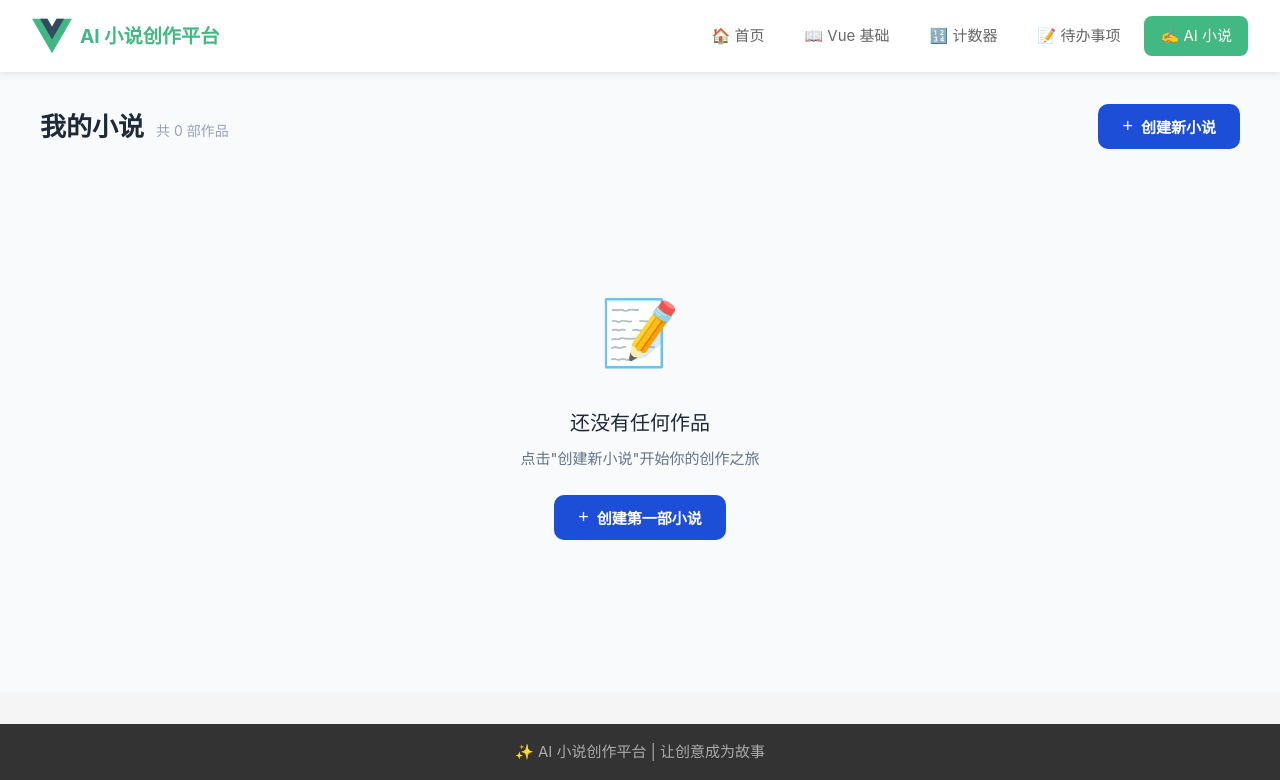
Repository: SergeXie/ai-novel-writer
Page: /novel (app in vue-project/)
These files come from the project's save history. The page is drawn as it stood at one moment and after the next save; the edit follows.
The browser window is 1280 px wide. The pictures show the whole page.
The page's requests for data from a server got no answer. The project was rebuilt for these pictures with package versions that can differ from the ones it lists, and the page was loaded fresh each time. No one was signed in, and anything a server would have sent is missing. Also part of the build but not shown: vue-project/vite.config.ts, vue-project/src/views/HomeView.vue.

Above is the page before, as saved 2026-07-15 16:33:41.

After the next save:
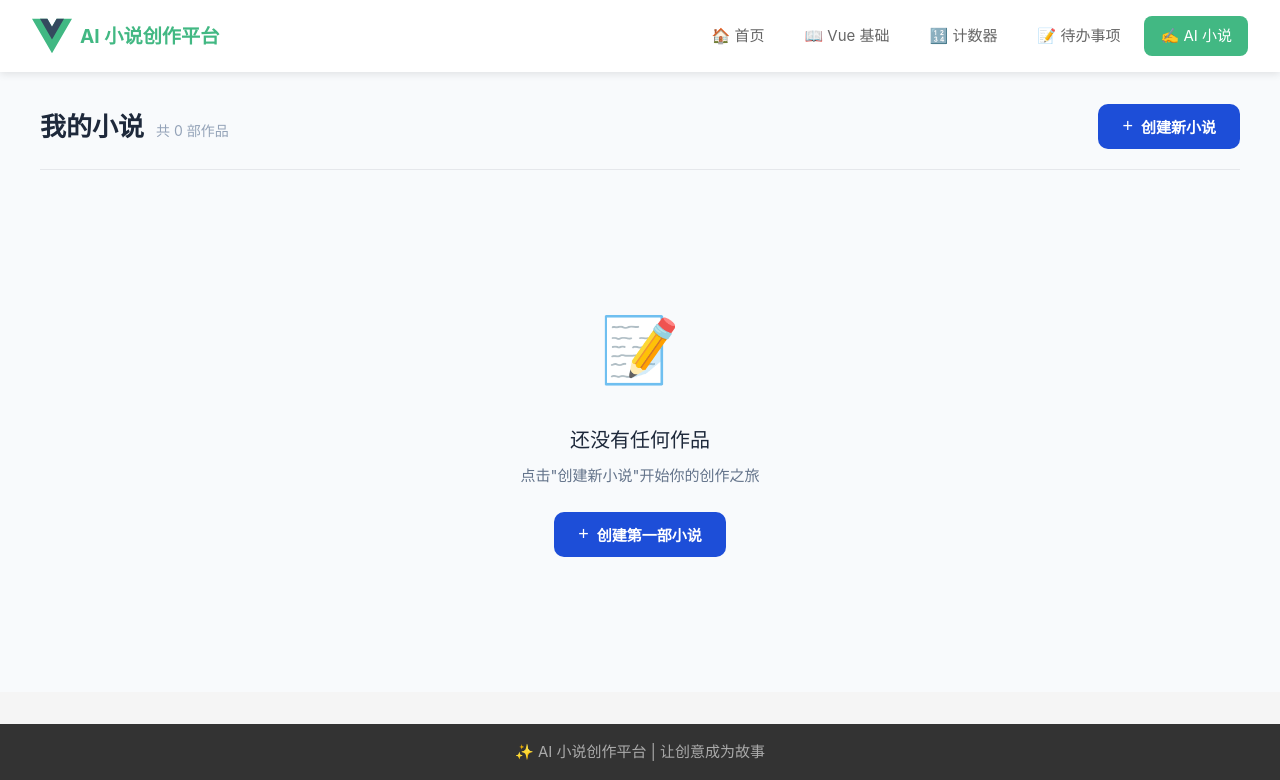
Saved 19 s later.
--- a/vue-project/src/views/NovelListView.vue
+++ b/vue-project/src/views/NovelListView.vue
@@ -282,7 +282,9 @@ onMounted(() => {
   display: flex;
   justify-content: space-between;
   align-items: center;
-  margin-bottom: 32px;
+  margin-bottom: 28px;
+  padding-bottom: 20px;
+  border-bottom: 1px solid #e5e7eb;
 }
 
 .header-left {
@@ -382,7 +384,7 @@ onMounted(() => {
 /* ===== 项目列表 - 横向卡片网格 ===== */
 .project-grid {
   display: grid;
-  grid-template-columns: repeat(2, 1fr);
+  grid-template-columns: repeat(auto-fill, minmax(480px, 1fr));
   gap: 20px;
 }
 
